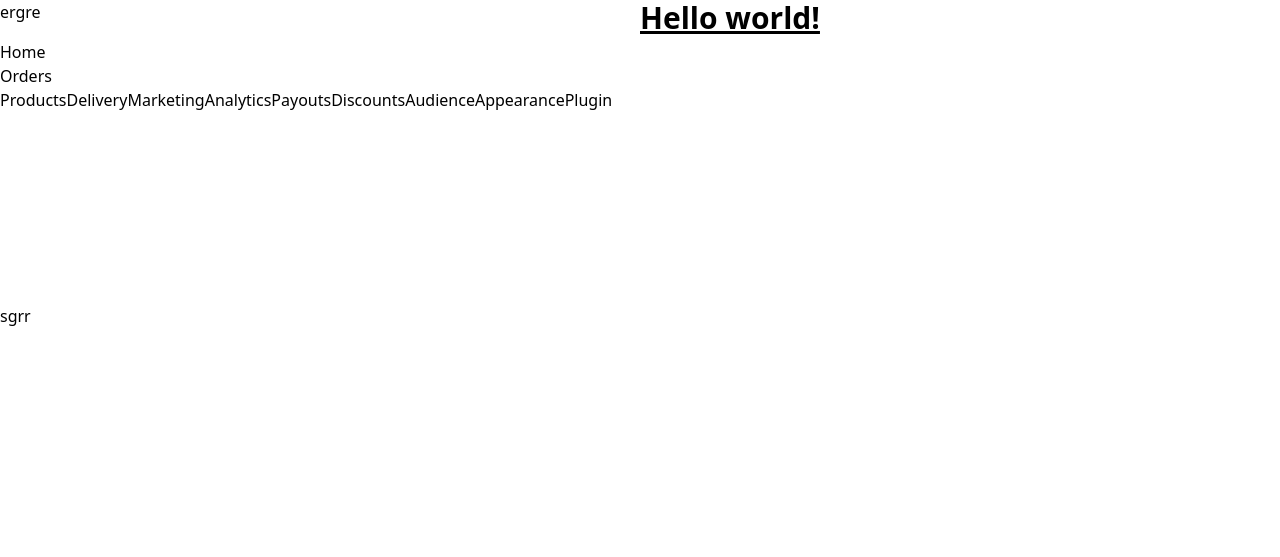
Repository: Yh010/dukaanDashboard
Page: /
These files come from the project's save history. The page is drawn as it stood at one moment and after the next save; the edit follows.
The browser window is 1280 px wide. The pictures show the whole page.
The project was rebuilt for these pictures with package versions that can differ from the ones it lists, and the page was loaded fresh each time. Also part of the build but not shown: vite.config.js, src/App.css.

Above is the page before, as saved 2024-01-21 11:31:39.

After the next save:
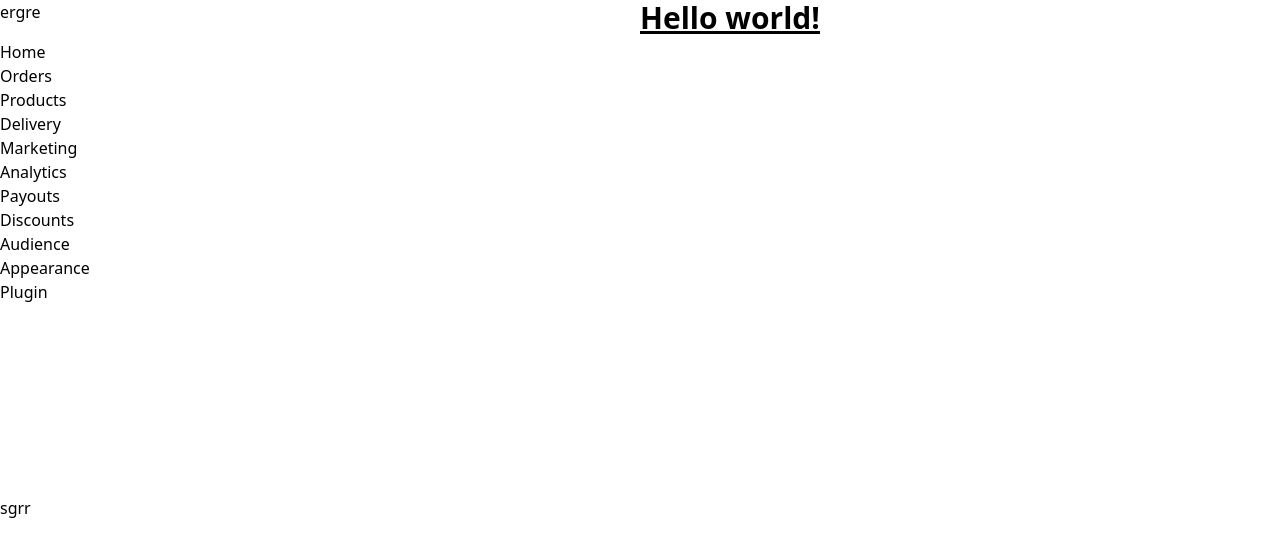
Saved 2 min 19 s later.
--- a/src/components/sidenavbar.jsx
+++ b/src/components/sidenavbar.jsx
@@ -10,20 +10,40 @@ function SideNavBar() {
 
                     <div id="items">
                         <ul>
-                            <li><button>Home</button></li>
+                            <li>
+                                <button>Home</button>
+                            </li>
                             <li>
                                 <button>Orders</button>
                             </li>
+                            <li>
+                                <button>Products</button>
+                           </li>
+                            <li>
+                                 <button>Delivery</button>
+                            </li>
+                            <li>
+                                <button>Marketing</button>
+                            </li>
+                            <li>
+                                <button>Analytics</button>
+                            </li>
+                            <li>
+                                <button>Payouts</button>
+                            </li>
+                            <li>
+                                <button>Discounts</button>
+                            </li>
 
-                            <button>Products</button>
-                            <button>Delivery</button>
-                            <button>Marketing</button>
-                            <button>Analytics</button>
-                            <button>Payouts</button>
-                            <button>Discounts</button>
-                            <button>Audience</button>
-                            <button>Appearance</button>
-                            <button>Plugin</button>
+                            <li>
+                                <button>Audience</button>
+                            </li>
+                            <li>
+                                <button>Appearance</button>
+                            </li>
+                            <li>
+                                 <button>Plugin</button>
+                            </li>
                         </ul>
                     </div>
                 </div>
